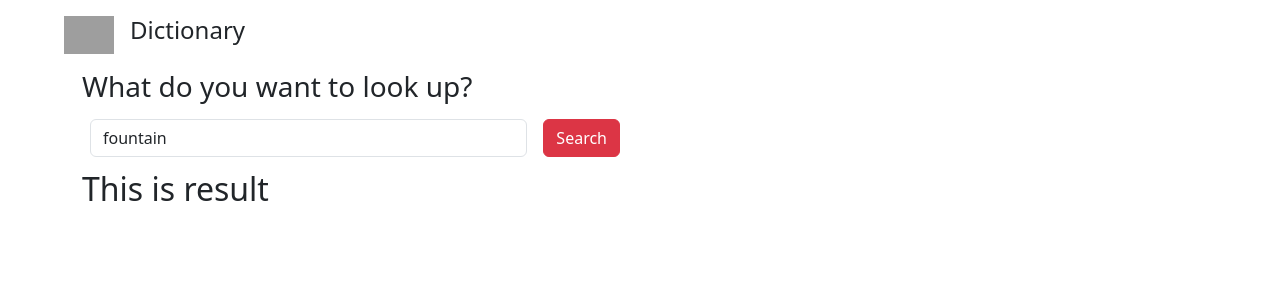
Repository: moehaymanmyint/react-dictionary-app
Page: /
An editor plug-in stored every save of this project. The page is shown before and after the next save, followed by the edit.
The browser window is 1280 px wide. The pictures show the whole page.
Pictures or frames that could not be fetched are drawn as grey boxes. The page's requests for data from a server got no answer. The project was rebuilt for these pictures with package versions that can differ from the ones it lists, and the page was loaded fresh each time. No one was signed in, and anything a server would have sent is missing.

Above is the page before, as saved 2024-08-28 10:48:50.

### src/App.js
import './App.css';
import 'bootstrap/dist/css/bootstrap.css';

import Search from "./Search"

function App() {
  return (
    <div className="App">
      {/* Logo */}
      <div className='logo m-3 mx-5 d-flex align-items-center'>
        <img src="https://th.bing.com/th/id/R.1ebe3e38406a8906121c9769e62adc3e?rik=d1hISy0qiMJ7Hg&pid=ImgRaw&r=0" alt="Logo" className='mx-3'/>
        <h4>Dictionary</h4>
      </div>

      <div className='container'>
        <Search />
      </div>
    </div>
  );
}

export default App;

### src/App.css
.App img{
    width: 50px;
}

### src/Search.js
import React, {useState} from "react";
import 'bootstrap/dist/css/bootstrap.css';
import axios from 'axios';
import Result from "./Result"

export default function Search(props){
    let [word, setWord] = useState('fountain');
    let [result, setResult] = useState(null);

    let apiUrl =  `https://api.shecodes.io/dictionary/v1/define?word=${word}&key=03aa5321feb0a48eoca7a4tede1f2bb1`;
    axios.get(apiUrl).then(handleResponse);

    function handleResponse(response){
        console.log(response);
    }

    function handleSubmit(event){
        event.preventDefault();
        alert("searching for " + word);
    }

    function updateWord(event){
        setWord(event.target.value);
    }

    return (
        <div className="Content">
            <h3>What do you want to look up?</h3>
            <div className="row d-flex">
                <div className="col-4 w-50">
                    <form onSubmit={handleSubmit} className="d-flex">
                        <input type="search" className="form form-control m-2" value={word} onChange={updateWord}/>
                        <input type="submit" value="Search" className="btn btn-danger m-2"/>
                    </form>
                </div>
                <div className="col-8">
                    <div className="meaning">
                        <Result results={result} />
                    </div>
                </div>
            </div>
        </div>
    );
}

### src/Result.js
import React from "react";

export default function Result(props){

    return (
        <div className="Result fs-2">
            This is result
        </div>
    )
}

Loaded but not shown: public/index.html (common file); src/index.js (common file); src/index.css (common file); src/reportWebVitals.js (common file)

After the next save:
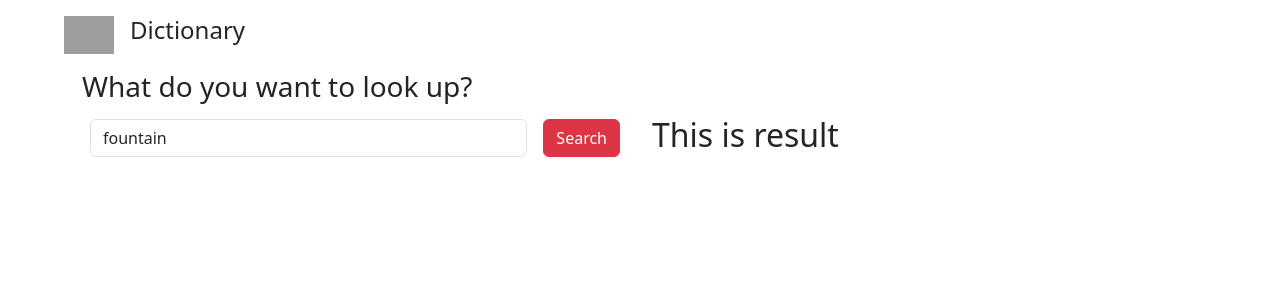
Saved 4 s later.
--- a/src/Search.js
+++ b/src/Search.js
@@ -33,7 +33,7 @@ export default function Search(props){
                         <input type="submit" value="Search" className="btn btn-danger m-2"/>
                     </form>
                 </div>
-                <div className="col-8">
+                <div className="col-8 w-50">
                     <div className="meaning">
                         <Result results={result} />
                     </div>
